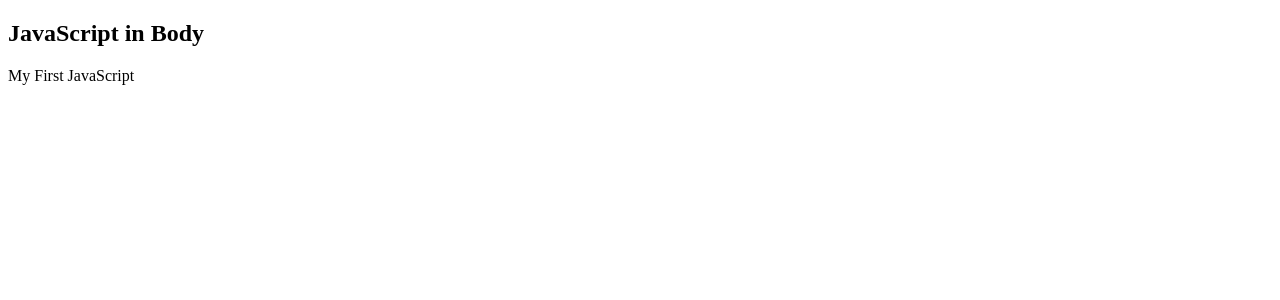
Repository: SanghunOh/learn_publising
Page: HtmlCss/WebContent/JavaScripts/whereto/inHead.html
These files come from the project's save history. The page is drawn as it stood at one moment and after the next save; the edit follows.
The browser window is 1280 px wide. The pictures show the whole page.

Above is the page before, as saved 2018-05-07 03:22:49.

### HtmlCss/WebContent/JavaScripts/whereto/inHead.html
<!DOCTYPE html>
<html>
<head>
<meta charset="UTF-8">
<title>Insert title here</title>
</head>
<body>
	<h2>JavaScript in Body</h2>
	<p id="demo"></p>
	<script>
		document.getElementById("demo").innerHTML = "My First JavaScript";
	</script>
</body>
</html>

After the next save:
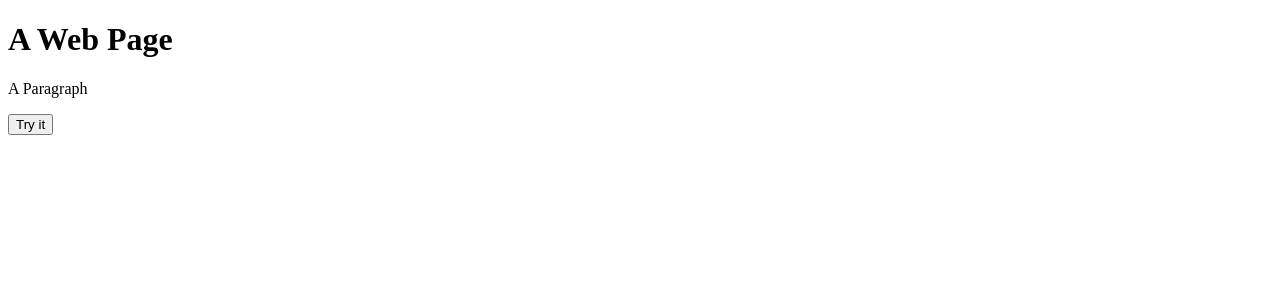
Saved 96 s later.
--- a/HtmlCss/WebContent/JavaScripts/whereto/inHead.html
+++ b/HtmlCss/WebContent/JavaScripts/whereto/inHead.html
@@ -3,12 +3,18 @@
 <head>
 <meta charset="UTF-8">
 <title>Insert title here</title>
+<script>
+	function myFunction() {
+		document.getElementById("demo").innerHTML = "Paragraph changed.";
+	}
+</script>
 </head>
+
 <body>
-	<h2>JavaScript in Body</h2>
-	<p id="demo"></p>
-	<script>
-		document.getElementById("demo").innerHTML = "My First JavaScript";
-	</script>
+
+	<h1>A Web Page</h1>
+	<p id="demo">A Paragraph</p>
+	<button type="button" onclick="myFunction()">Try it</button>
+
 </body>
 </html>
